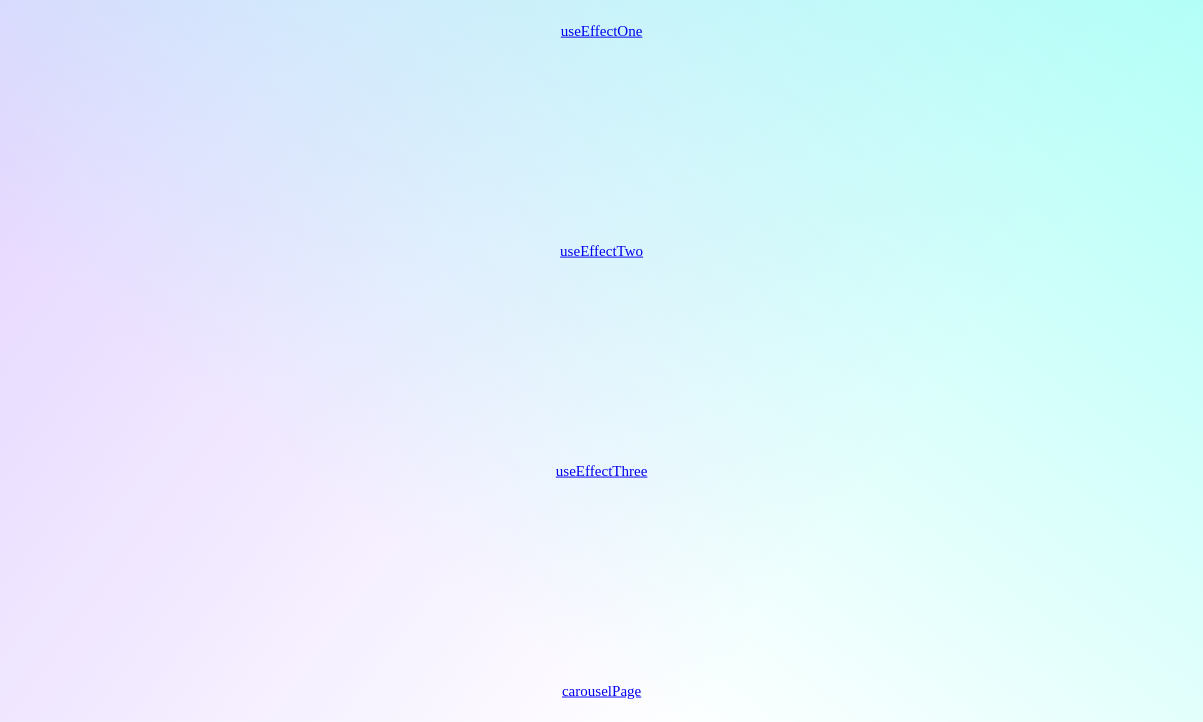
Repository: juliet-jskim/week-8-useEffect-carousel
Page: /
These files come from the project's save history. The page is drawn as it stood at one moment and after the next save; the edit follows.
The browser window is 1280 px wide. The pictures show the whole page, at 94% of full size.
The project was rebuilt for these pictures with package versions that can differ from the ones it lists, and the page was loaded fresh each time. The framework's server and built-in components were replaced by stand-ins that run in the browser. Also part of the build but not shown: next.config.js.

Above is the page before, as saved 2023-02-20 21:52:16.

### pages/index.js
import Head from 'next/head'
import styles from '@/styles/Home.module.css'
import Link from 'next/link'

export default function Home() {
  return (
    <>
      <Head>
        <title>Create Next App</title>
        <meta name="description" content="Generated by create next app" />
        <meta name="viewport" content="width=device-width, initial-scale=1" />
        <link rel="icon" href="/favicon.ico" />
      </Head>
      <main className={styles.main}>
       <Link href="/useEffectOne">useEffectOne</Link>
       <Link href="/useEffectTwo">useEffectTwo</Link>
       <Link href="/useEffectThree">useEffectThree</Link>
       <Link href="/carouselPage">carouselPage</Link>
      </main>
    </>
  )
}

### styles/globals.css
:root {
  /** add colors you want to add to all the pages here**/
  background: linear-gradient(217deg, rgba(156, 255, 245, 0.767), rgba(0, 42, 255, 0) 70.71%),
  linear-gradient(127deg, rgba(221, 201, 255, 0.8), rgba(0,255,0,0) 70.71%),
  linear-gradient(336deg, rgba(255, 255, 255, 0.8), rgba(0,0,255,0) 70.71%);


}

### styles/Home.module.css
.main {
  display: flex;
  flex-direction: column;
  justify-content: space-between;
  align-items: center;
  padding: 1rem;
  min-height: 100vh;
}

Loaded but not shown: pages/_app.js (common file); pages/_document.js (common file)

After the next save:
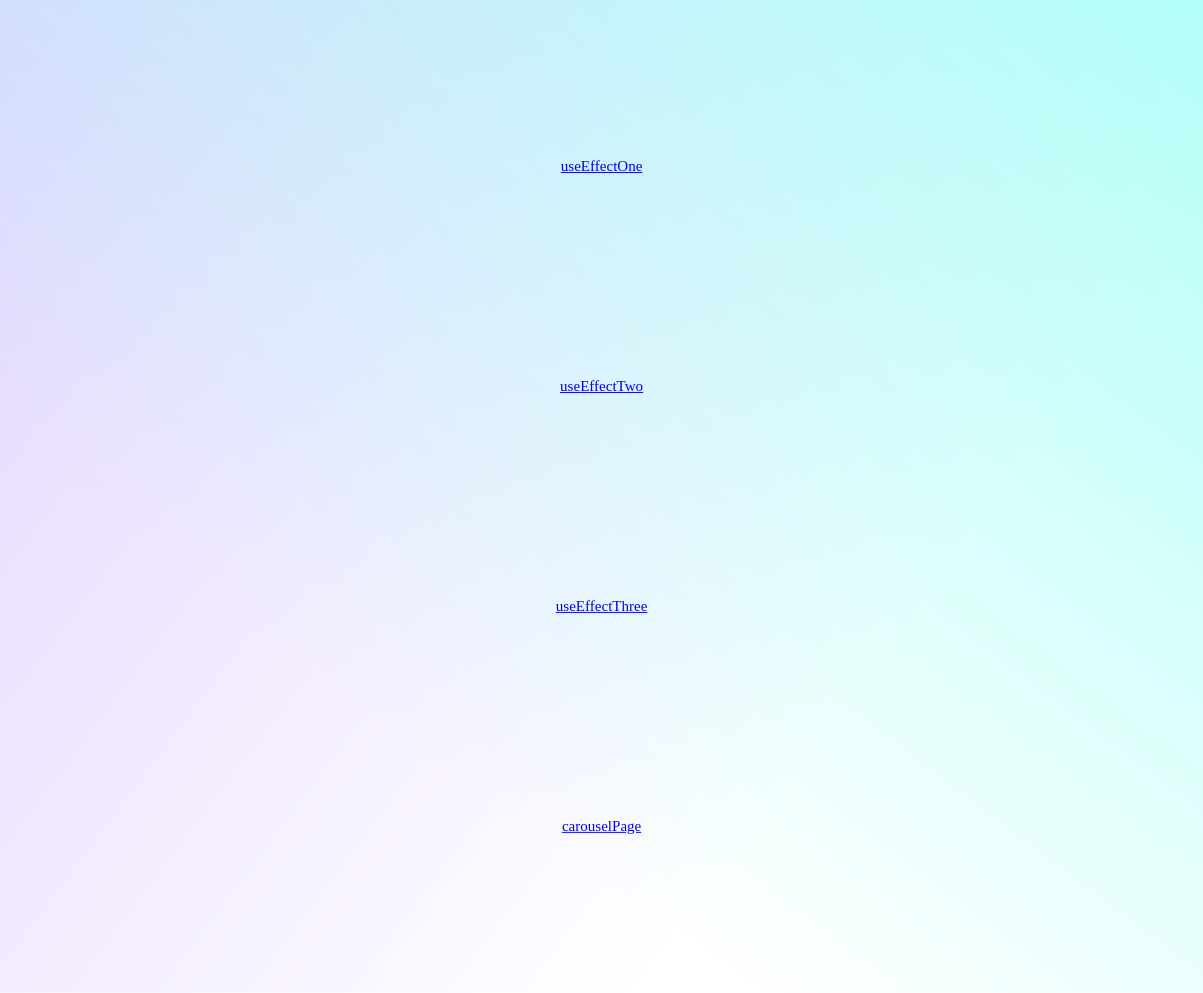
Saved 5 s later.
--- a/styles/Home.module.css
+++ b/styles/Home.module.css
@@ -3,6 +3,6 @@
   flex-direction: column;
   justify-content: space-between;
   align-items: center;
-  padding: 1rem;
+  padding: 10rem;
   min-height: 100vh;
 }
